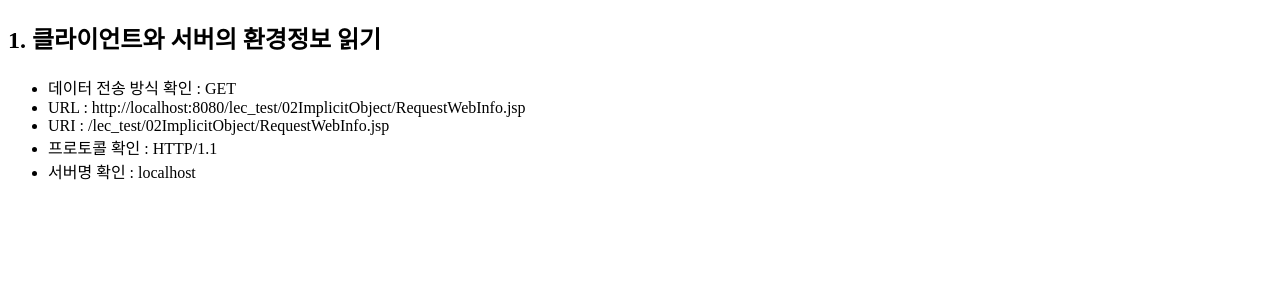
Repository: kimjaewoo2233/JSP_Summary
Page: http://localhost/lec_test/02ImplicitObject/RequestWebInfo.jsp
An editor plug-in stored every save of this project. The page is shown before and after the next save, followed by the edit.
The browser window is 1280 px wide. The pictures show the whole page.
The page is served by Tomcat 9.

Above is the page before, as saved 2022-03-02 14:52:42.

After the next save:
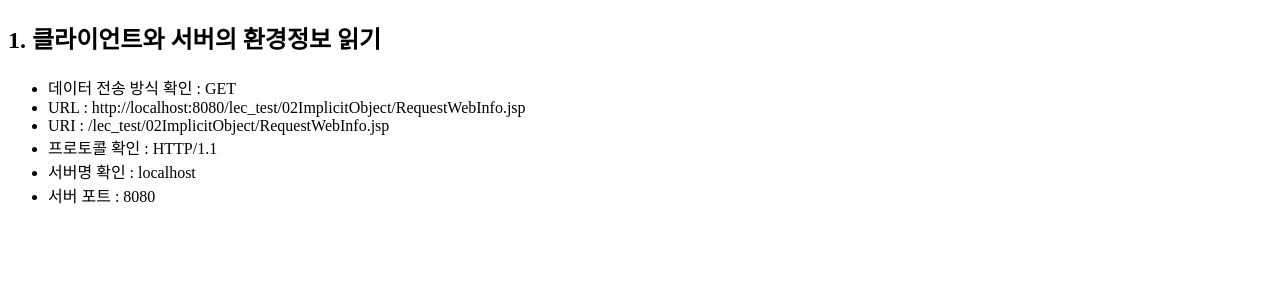
Saved 26 s later.
--- a/lec_test/src/main/webapp/02ImplicitObject/RequestWebInfo.jsp
+++ b/lec_test/src/main/webapp/02ImplicitObject/RequestWebInfo.jsp
@@ -14,6 +14,8 @@
 		<li>URI : <%= request.getRequestURI() %></li>
 		<li>프로토콜 확인 : <%= request.getProtocol() %></li>
 		<li>서버명 확인 : <%= request.getServerName() %></li>
+		<li>서버 포트 : <%= request.getServerPort() %></li>
+
 	</ul>
 </body>
 </html>
